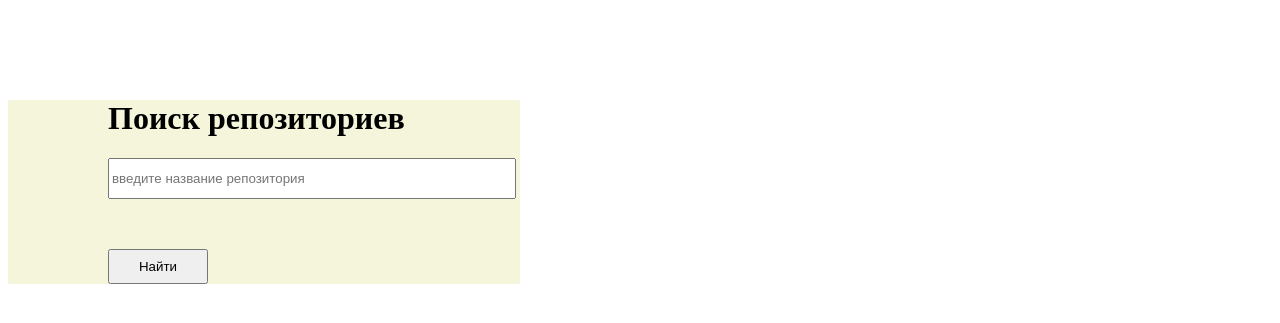
Repository: Grid-Master/repositoriesSearch
Page: index.html
These files come from the project's save history. The page is drawn as it stood at one moment and after the next save; the edit follows.
The browser window is 1280 px wide. The pictures show the whole page.

Above is the page before, as saved 2023-03-06 01:00:01.

After the next save:
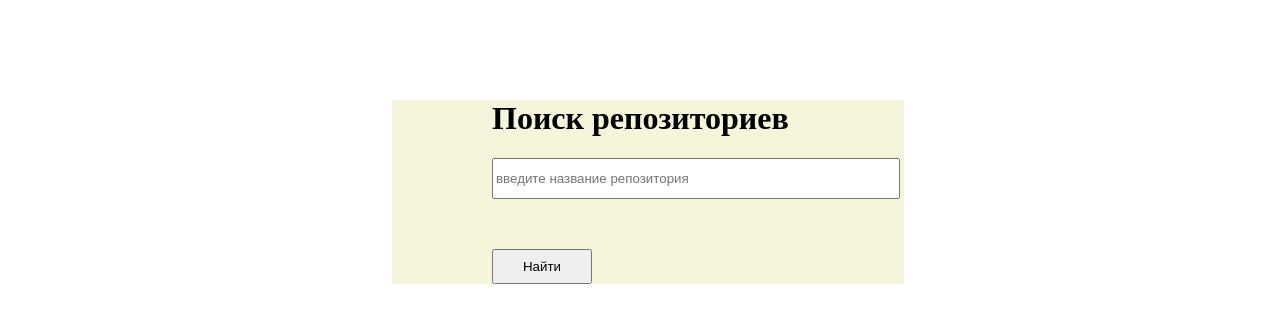
Saved 19 s later.
--- a/index.html
+++ b/index.html
@@ -39,6 +39,7 @@
       div {
         width: 40vw;
         background-color: beige;
+        margin-left: 30vw;
       }
     </style>
   </head>
